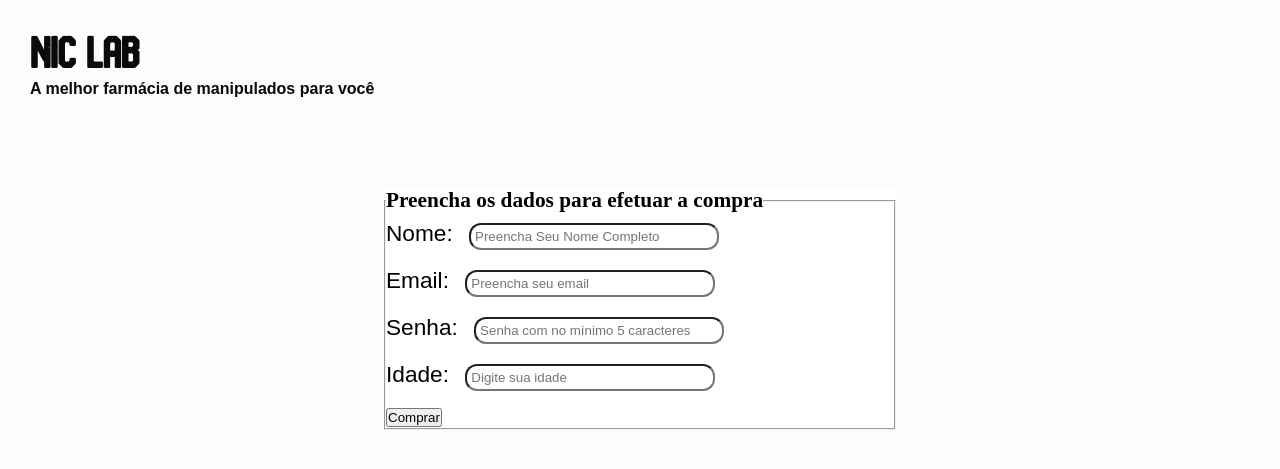
Repository: Leonngc/Lab
Page: comprar.html
An editor plug-in stored every save of this project. The page is shown before and after a run of saves, followed by the edit.
The browser window is 1280 px wide. The pictures show the whole page.

Above is the page before, as saved 2022-12-30 12:36:29.

After the next 3 saves:
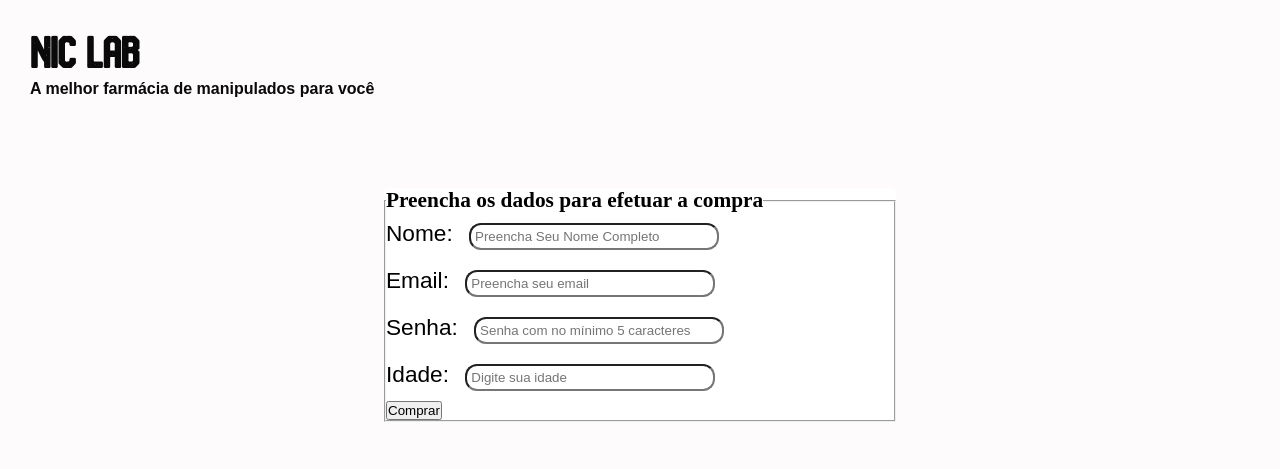
The 3 saves are shown as one change because they came seconds apart.
The last was saved 15 s later.
--- a/styles/pag-compra.css
+++ b/styles/pag-compra.css
@@ -48,7 +48,7 @@
     font-family: cursive;
 }
 input#compra{
-text-align: center;
+display: flex;
 }
 
 input#nome{

After the 2 saves that followed:
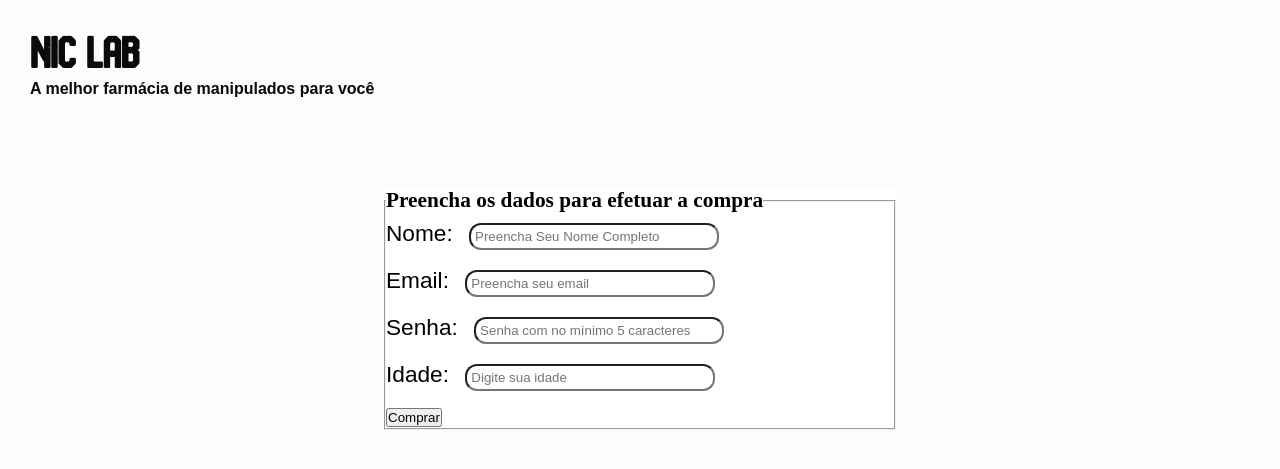
The 2 saves are shown as one change because they came seconds apart.
The last was saved 8 s later.
--- a/styles/pag-compra.css
+++ b/styles/pag-compra.css
@@ -47,8 +47,8 @@
     font-size: 16pt;
     font-family: cursive;
 }
-input#compra{
-display: flex;
+#compra{
+
 }
 
 input#nome{
